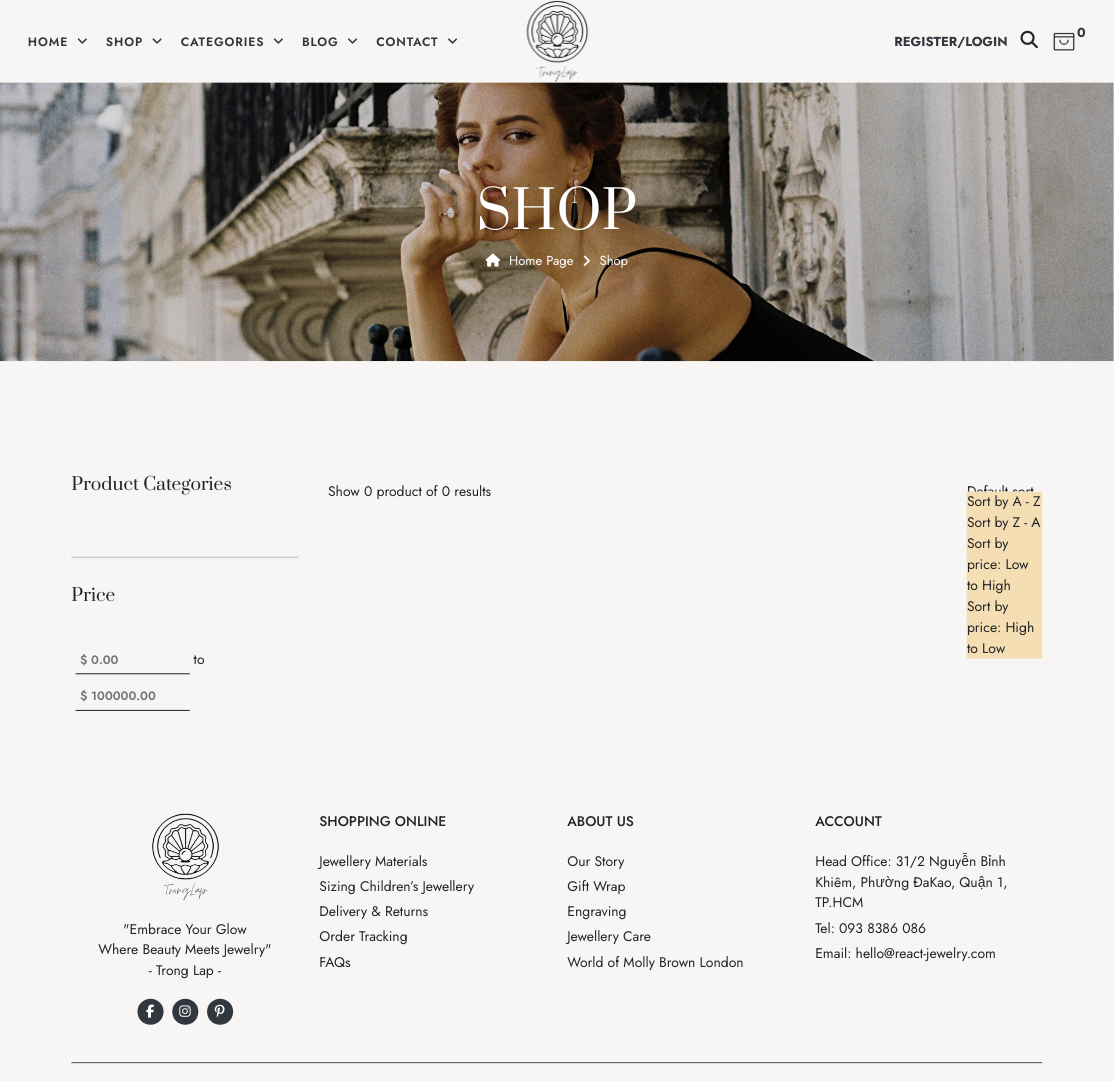
Repository: tronglap/react-jewelry
Page: /list-product
The author's editor kept a copy of each file at every save. The page is drawn from the files as they stood at one save, then again after the next save.
The browser window is 1280 px wide. The pictures show the whole page, at 87% of full size.
The page's requests for data from a server got no answer. The project was rebuilt for these pictures with package versions that can differ from the ones it lists, and the page was loaded fresh each time. No one was signed in, and anything a server would have sent is missing. Also part of the build but not shown: src/component/Button/Button.css, src/component/Button/Button.js, src/component/SliderBar/SliderBar.css, src/component/SliderBar/SliderBar.js, src/component/Home/WWD/WWD.css, src/component/Home/WWD/WWD.js, src/component/Home/Home.css, src/component/Home/Categories/Categories.js and 14 more.

Above is the page before, as saved 2024-03-26 18:41:25.

### src/App.css
@import url('https://fonts.googleapis.com/css2?family=Jost:ital,wght@0,100..900;1,100..900&family=Prata&display=swap');


* {
    margin: 0;
    padding: 0;
    box-sizing: border-box;
}

img {
    width: 100%;
}

a {
    text-decoration: none;
}

ul {
    list-style: none;
    margin: 0;
    padding: 0;
}

body {
    font-family: "Jost", sans-serif;
    --seconddaryfont: "Prata";
    --color-primary: #daa14c;
    --color-secondary: #30373e;
    --color-text: #666;
    --color-accent: #30373e;
    --color-lighter: #888;
    --color-dark: #202020;
    --color-highlight: #ccc;
    --color-border: #e3e3e3;
    --color-background-light: #f8f6f4;
    --color-background-field: #DADADA20;
    background-color: #f8f6f4;
}

### src/component/AutoTop/AutoTop.js
import { useEffect } from "react";
import { useNavigate } from "react-router-dom";

const AutoTop = () => {
  const navigate = useNavigate();
  useEffect(() => {
    window.scrollTo({
      top: 0,
      behavior: "smooth",
    });
  }, [navigate]);
  return null;
};

export default AutoTop;

### src/component/Footer/Footer.css
.footer {
    margin-top: 10%;
    text-align: left;
    height: 40vh;
    border-bottom: 0.1px solid var(--color-secondary);
    margin-bottom: 20px;
}

.footer .logo {
    margin: 0 auto;
    width: 30%;
}

.footer .slogan {
    text-align: center;
    margin: 20px 0;
}

.footer .social-links {
    display: flex;
    gap: 10px;
    margin-top: 10px;
    justify-content: center;
}

.footer .social-links a {
    display: flex;
    align-items: center;
    justify-content: center;
    color: white;
    background-color: var(--color-secondary);
    border-radius: 50%;
    width: 30px;
    height: 30px;
    font-size: 20px;
    text-align: center;
    transition: 0.3s ease;
}

.footer .social-links a:hover {
    background-color: var(--color-primary);
}

::selection {
    color: white;
    background-color: var(--color-primary);
}

.footer ul {
    margin-top: 25px;
}

.footer ul li {
    margin-bottom: 5px;
    cursor: pointer;
    transition: 0.2s linear;
}

.footer ul li:hover {
    color: var(--color-primary)
}

### src/component/ListProduct/ListProduct.css
.ListProduct .box_product {
    margin-top: 10%;
}

.ListProduct .box_product .Product_Categories {
    font-size: 20px;
    font-family: 'Prata', sans-serif;
    font-weight: 400;
    line-height: 1.35;
    text-transform: capitalize;
    margin-bottom: 30px;
    padding-bottom: 10px;
}

.ListProduct .box_product .Categories {
    border-bottom: 1px solid rgba(128, 128, 128, 0.5);
    padding-bottom: 30px;
}

.ListProduct .box_product .Categories .diamonds {
    display: flex;
    width: 35%;
    justify-content: space-between;
    font-size: 18px;
    font-weight: 400;
    font-style: normal;
    text-rendering: optimizeLegibility;
    color: var(--color-text);
    line-height: 1.5;
    letter-spacing: 0;
    cursor: pointer;
    transition: 0.2s ease;
}

.ListProduct .box_product .Categories .diamonds:hover {
    color: var(--color-primary)
}

.ListProduct .box_product .FBP .filterbyprice {
    font-size: 20px;
    font-family: 'Prata', sans-serif;
    font-weight: 400;
    line-height: 1.35;
    text-transform: capitalize;
    margin-bottom: 30px;
    margin-top: 30px;
    padding-bottom: 10px;
}

.ListProduct .box_product .FBP input {
    width: 50%;
    padding: 5px;
    font-size: 14px;
    margin: 5px;
    font-weight: 600;
    text-transform: none;
    border: none;
    border-bottom: 1px solid black;
    outline: none;
    background-color: transparent;
}

input[type=number]::-webkit-inner-spin-button {
    -webkit-appearance: none;
}

.ListProduct .box_product .Cart_list {
    margin-bottom: 20px;
}

.ListProduct .box_product .sorting {
    display: flex;
    justify-content: space-between;
    align-items: center;
}

.ListProduct .box_product .sorting .Count_AP {
    display: flex;
    margin-bottom: 20px;
    padding: 10px;
}

.ListProduct .box_product .sort {
    display: flex;
    margin-bottom: 20px;
    padding: 10px;
    position: relative;
}

.ListProduct .box_product .sort .sorts {
    background-color: wheat;
    top: 50%;
    position: absolute;
}

### src/component/Cart/Cart.css
.Cart .link_header {
    display: flex;
    justify-content: flex-start;
    align-items: center;
}

.Cart .link_header .Home,
.Cart .link_header .Shop {
    line-height: 24px;
    text-decoration: none;
    color: var(--color-text);
    font-weight: 400;
    font-size: 14px;
    transition: 0.2s ease;
}

.Cart .link_header .Shop {
    color: var(--color-primary)
}

.Cart .link_header .Home:hover,
.Cart .link_header .Home:hover i {
    color: var(--color-primary)
}

.Cart .link_header .Home i,
.Cart .link_header .icon i {
    margin-right: 10px;
    color: var(--color-text);
    transition: 0.2s ease;
    font-size: 13px;
}

.Cart .link_header .icon {
    display: flex;
    align-items: center;
    justify-content: center;
    margin: 0 10px;
}

.Cart .cart-product {
    display: none;
    margin-top: 10%;
    text-align: center;
}

.Cart .cart-product.active {
    display: block;
}

.Cart .noti.active {
    display: none;
}

.Cart .cart-product .title {
    color: var(--color-secondary);
    font-weight: 600;
    text-transform: uppercase;
}

.Cart .cart-product .quantity {
    display: flex;
    align-items: center;
    justify-content: space-between;
    border: 1px solid #e3e3e3;

}

.Cart .cart-product .quantity input {
    padding: 13px 0;
    font-size: 14px;
    font-weight: 600;
    text-align: center;
    margin: 0 auto;
    outline: none;
    background-color: transparent;
    border: none;
    width: 50%;
}

.Cart .cart-product .quantity button {
    padding: 5px 10px 5px 10px;
    border: none;
    background-color: transparent;
    transition: 0.5s linear;
    border-radius: 50%;
    outline: none;
}

.Cart .cart-product .quantity button:active {
    background-color: rgba(128, 128, 128, 0.5)
}

p {
    margin: 0;
}

.Cart .cart-product .bill {
    text-align: left;
    padding: 30px 30px 40px;
    position: relative;
    background-color: #F8F6F4;
    border: 6px solid #E3E3E3;
    border-radius: 5px;
    color: var(--color-secondary)
}

.Cart .cart-product .bill .cart-total h2 {
    font-size: 28px;
    font-family: 'Prata', sans-serif;
    margin-bottom: 15px;
    font-weight: 400;
}

.Cart .cart-product .bill .total-product,
.Cart .cart-product .bill .total {
    display: flex;
    justify-content: space-between;
    align-items: center;
    font-size: 18px;
    padding: 1em 0;
}

.Cart .cart-product .bill .total {
    margin: 10% 0
}

.Cart .cart-product .bill .total .price {
    font-size: 24px;
    color: var(--color-primary);
    font-weight: 600;
}

.Cart .cart-product .bill .proceed-to-checkout {
    outline: none;
    text-align: center;
}

.Cart .cart-product .bill .proceed-to-checkout .btn-proceed .shop-now {
    margin: 0;
    text-transform: uppercase;
    width: 100%;
    font-weight: 600;
    font-size: 13px;
}

.Cart .cart-product .bill .proceed-to-checkout .btn-proceed .shop-now:hover {
    box-shadow: inset 350px 0 0 0 var(--color-primary);
}

### src/component/Home/Categories/Categories.css
img {
    width: 100%;
}

.icon_cate {
    display: flex;
    gap: 20px;
    margin: 10% 0;
    justify-content: center;
    align-items: center;
}

.icon_cate .icon1,
.icon_cate .icon2,
.icon_cate .icon3 {
    text-align: center;
}

.icon_cate .icon1 .img_icon,
.icon_cate .icon2 .img_icon,
.icon_cate .icon3 .img_icon {
    display: flex;
    justify-content: center;
    margin-bottom: 15px;
}

.icon_cate .icon1 .img_icon .thumb,
.icon_cate .icon2 .img_icon .thumb,
.icon_cate .icon3 .img_icon .thumb {
    width: 25%;
    border-radius: 50%;
    padding: 20px;
    transition: 0.2s ease;
}

.icon_cate .icon1:hover .img_icon .thumb,
.icon_cate .icon2:hover .img_icon .thumb,
.icon_cate .icon3:hover .img_icon .thumb {
    background: var(--color-primary)
}

.icon_cate .icon1 .title,
.icon_cate .icon2 .title,
.icon_cate .icon3 .title {
    font-size: 24px;
    font-family: 'Prata', sans-serif;
    letter-spacing: .3px;
    color: var(--color-secondary);
    margin-bottom: 15px;
    transition: 0.2s ease;
}

.icon_cate .icon1:hover .title,
.icon_cate .icon2:hover .title,
.icon_cate .icon3:hover .title {
    color: var(--color-primary)
}

.icon_cate .icon1 .desc,
.icon_cate .icon2 .desc,
.icon_cate .icon3 .desc {
    width: 60%;
    margin: 0 auto;
}

.cate {
    overflow: hidden;
}

.cate .right .diamond {
    overflow: hidden;
}

.cate .right {
    display: flex;
    flex-wrap: wrap;
    gap: 5%;
}

.cate .necklaces,
.cate .right .diamond,
.cate .right .earrings,
.cate .right .rings {
    position: relative;
    transition: 0.5s ease;
}

.cate .necklaces::after,
.cate .right .diamond::after,
.cate .right .earrings::after,
.cate .right .rings::after {
    content: "";
    display: block;
    opacity: 0;
    width: 100%;
    height: 200px;
    background: linear-gradient(to top, rgba(0, 0, 0, 0.3), rgba(0, 0, 0, 0));
    bottom: -100px;
    position: absolute;
    transition: 0.5s ease;
    z-index: 0;
}

.cate .necklaces:hover::after,
.cate .right .diamond:hover::after,
.cate .right .earrings:hover::after,
.cate .right .rings:hover::after {
    opacity: 1;
    bottom: 0;
}

.cate .necklaces::before,
.cate .right .diamond::before,
.cate .right .earrings::before,
.cate .right .rings::before {
    content: "";
    opacity: 0;
    width: 100%;
    height: 50px;
    font-family: 'Prata', sans-serif;
    font-size: 35px;
    color: white;
    text-align: center;
    bottom: -50px;
    position: absolute;
    transition: 0.5s ease;
    z-index: 1;
}

.cate .necklaces:hover::before {
    content: "Necklaces";
    opacity: 1;
    bottom: 20px;
}

.cate .right .diamond:hover::before {
    content: "Diamond";
    opacity: 1;
    bottom: 20px;
}

.cate .right .earrings:hover::before {
    content: "Earrings";
    opacity: 1;
    bottom: 20px;
}

.cate .right .rings:hover::before {
    content: "Rings";
    opacity: 1;
    bottom: 20px;
}

### src/component/Header/Header.css
.nav {
    display: flex;
    justify-content: space-between;
    padding: 10px 50px;
    position: absolute;
    background-color: rgba(255, 255, 255, 0);
    color: var(--color-secondary);
    z-index: 1;
    width: 100%;
}

svg {
    margin-top: 0px;
}

path {
    fill: black;
    stroke: black;
    stroke-width: 2px;
    transition: 0.2s linear;
}



.nav .left,
.nav .mid,
.nav .right {
    display: flex;
    align-items: center;
    justify-content: center;
    width: 10%;
}

.nav .right .register a {
    color: var(--color-secondary);
    text-transform: uppercase;
    font-weight: bold;
    font-size: 15px;
    transition: 0.2s linear;
}

.nav .right .register a:hover {
    color: var(--color-primary)
}

.nav .right .cart {
    display: flex;
    justify-content: center;
    align-items: center;
    margin-left: 15px;
    cursor: pointer;
}


.nav .right .cart:hover svg path {
    fill: var(--color-primary);
    stroke: var(--color-primary);
    stroke-width: 2px;
}

.nav .right .cart:hover .count {
    color: var(--color-primary)
}

.nav .right .cart .count {
    font-weight: bold;
    font-size: 15px;
    margin-bottom: 20px;
    transition: 0.2s linear;
    color: var(--color-secondary)
}


.nav .left .bar {
    display: flex;
    justify-content: center;
    align-items: center;
    cursor: pointer;
    position: relative;
    color: transparent;
}

.nav .left .bar .line1 {
    display: block;
    width: 20px;
    height: 2px;
    background-color: var(--color-secondary);
    top: 5px;
    left: 0;
    position: absolute;
    border-radius: 5px;
    transition: 0.1s linear;
}

.nav .left .bar .line2 {
    display: block;
    width: 15px;
    height: 2.5px;
    background-color: var(--color-secondary);
    top: 10px;
    left: 0;
    position: absolute;
    transition: 0.1s linear;
    border-radius: 5px;
}

.nav .left .bar .line3 {
    display: block;
    width: 20px;
    height: 2.5px;
    background-color: var(--color-secondary);
    top: 15px;
    left: 0;
    position: absolute;
    border-radius: 5px;
    transition: 0.1s linear;
}

.nav .left .bar:hover .line1,
.nav .left .bar:hover .line2,
.nav .left .bar:hover .line3 {
    background-color: var(--color-primary)
}

.nav .left .bar:hover .line2 {
    width: 20px;
}

.nav .left .search {
    display: flex;
    justify-content: center;
    align-items: center;
    cursor: pointer;
    transition: 0.2s ease;
}

.nav .left .search:hover {
    color: var(--color-primary)
}

.nav .left .search p {
    text-transform: uppercase;
    font-size: 10px;
    font-weight: bold;
    margin: 0;
}

.nav .left .search i {
    margin-right: 5px;
    font-size: 20px;
}

.nav .mid .logo {
    width: 30%;
}

/*------------------------------------*/

/*  {
    display: none;
    top: 0;
    left: 0;
    width: 100%;
    background-color: rgba(0, 0, 0, 0.5);
    position: absolute;
}

.active {
    display: block;
} */

.NavBar {
    opacity: 0;
    pointer-events: none;
    top: 0;
    left: -200px;
    width: 30%;
    height: 100vh;
    padding: 20px;
    transition: 0.3s linear;
    background-color: white;
    position: absolute;

}

.NavBar.active {
    pointer-events: visible;
    opacity: 1;
    left: 0;
}

.NavBar .icon_close {
    margin-bottom: 5%;
    cursor: pointer;
    position: relative;
}


.NavBar .icon_close .icon .line1 {
    width: 20px;
    height: 2px;
    top: 10px;
    right: 0;
    border-radius: 5px;
    background-color: black;
    transition: 0.3s ease;
    transform: rotate(45deg);
    position: absolute;
}

.NavBar .icon_close .icon .line2 {
    width: 20px;
    height: 2px;
    top: 10px;
    right: 0;
    border-radius: 5px;
    background-color: black;
    transition: 0.3s ease;
    transform: rotate(-45deg);
    position: absolute;
}

.NavBar .icon_close .icon:hover .line1,
.NavBar .icon_close .icon:hover .line2 {
    transform: rotate(0);
    height: 3.5px;
    background-color: var(--color-primary)
}

.NavBar .icon_close .Menu {
    color: var(--color-secondary);
    text-transform: uppercase;
    text-align: left;
    font-size: 14px;
    font-weight: 500;
    line-height: 20px;
    position: relative;
}

.NavBar .icon_close .Menu::after {
    content: "";
    display: block;
    margin-top: 20%;
    width: 100%;
    height: 2px;
    background-color: var(--color-primary);
    position: absolute;
}

.NavBar .Home,
.NavBar .Shop,
.NavBar .Categories,
.NavBar .Blog,
.NavBar .Contact {
    display: flex;
    justify-content: space-between;
    align-items: center;
    font-weight: 400;
    font-size: 14px;
    color: var(--color-secondary);
    padding: 15px 0px;
    transition: 0.1s linear;
    cursor: pointer;
}

.NavBar .Home i,
.NavBar .Shop i,
.NavBar .Categories i,
.NavBar .Blog i,
.NavBar .Contact i {
    font-size: 15px;
    transition: 0.3s ease;
}

.NavBar .Home:hover,
.NavBar .Shop:hover,
.NavBar .Categories:hover,
.NavBar .Blog:hover,
.NavBar .Contact:hover {
    color: var(--color-primary)
}

.NavBar .Home.active i,
.NavBar .Shop.acive i,
.NavBar .Categories.active i,
.NavBar .Blog.active i,
.NavBar .Contact.active i {
    transform: rotate(90deg);
}

### src/component/Header/HeaderMain/Header.css
svg {
    margin-top: 0px;
}

path {
    fill: black;
    stroke: black;
    stroke-width: 2px;
    transition: 0.2s linear;
}

.HeaderMain {
    display: flex;
    justify-content: space-between;
    align-items: center;
    padding: 0 20px;
}

.HeaderMain .left {
    display: flex;
    gap: 20px;
    width: 40%;
}

.HeaderMain .left .Home,
.HeaderMain .left .Shop,
.HeaderMain .left .Categories,
.HeaderMain .left .Blog,
.HeaderMain .left .Contact {
    display: flex;
    justify-content: space-between;
    align-items: center;
    text-transform: uppercase;
    line-height: 1.2857142857;
    font-weight: 600;
    font-size: 14px;
    color: var(--color-secondary);
    letter-spacing: 1px;
    transition: 0.2s ease;
}

.HeaderMain .left .Home:hover,
.HeaderMain .left .Shop:hover,
.HeaderMain .left .Categories:hover,
.HeaderMain .left .Blog:hover,
.HeaderMain .left .Contact:hover {
    color: var(--color-primary);
}


.HeaderMain .left .Home i,
.HeaderMain .left .Shop i,
.HeaderMain .left .Categories i,
.HeaderMain .left .Blog i,
.HeaderMain .left .Contact i {
    margin-left: 10px;
}

.HeaderMain .mid {
    display: flex;
    justify-content: center;
    width: 20%;
}

.HeaderMain .mid .thumb {
    width: 30%;
}

.HeaderMain .right {
    display: flex;
    align-items: center;
    justify-content: right;
    width: 40%;
}

.HeaderMain .right .register a {
    color: var(--color-secondary);
    text-transform: uppercase;
    font-weight: bold;
    font-size: 15px;
    transition: 0.2s linear;
}

.HeaderMain .right .register a:hover {
    color: var(--color-primary)
}

.HeaderMain .right .search {
    transition: 0.2s ease;
}

.HeaderMain .right .search i {
    font-size: 20px;
    margin-left: 15px;
}

.HeaderMain .right .search:hover {
    color: var(--color-primary)
}

.HeaderMain .right .cart {
    display: flex;
    justify-content: center;
    align-items: center;
    margin-left: 15px;
    cursor: pointer;
}


.HeaderMain .right .cart:hover svg path {
    fill: var(--color-primary);
    stroke: var(--color-primary);
    stroke-width: 2px;
}

.HeaderMain .right .cart:hover .count {
    color: var(--color-primary)
}

.HeaderMain .right .cart .count {
    font-weight: bold;
    font-size: 15px;
    margin-bottom: 20px;
    transition: 0.2s linear;
    color: var(--color-secondary)
}

### src/component/ListProduct/Banner/Banner.css
.Banner {
    position: relative;
}

.Banner::after {
    content: "";
    display: block;
    width: 100%;
    height: 100%;
    background-color: rgba(0, 0, 0, 0.5);
}

.Banner .content {
    text-align: center;
    width: 100%;
    top: 50%;
    transform: translateY(-50%);
    position: absolute;
    z-index: 999;

}

.Banner .content .title {
    font-size: 60px;
    font-family: 'Prata', sans-serif;
    color: white;
}

.Banner .content .link_header {
    display: flex;
    justify-content: center;
    align-items: center;
}

.Banner .content .link_header .Home,
.Banner .content .link_header .Shop {
    text-decoration: none;
    color: white;
    font-weight: 400;
    font-size: 15px;
    transition: 0.2s ease;
}

.Banner .content .link_header .Home:hover,
.Banner .content .link_header .Home:hover i {
    color: var(--color-primary)
}

.Banner .content .link_header .Home i,
.Banner .content .link_header .icon {
    margin-right: 10px;
    color: white;
    transition: 0.2s ease
}

.Banner .content .link_header .icon {
    display: flex;
    align-items: center;
    justify-content: center;
    margin: 0 10px;
}

### src/component/CardProduct/CartProduct.css
img {
    width: 100%;
}

.Card_item {
    margin: 0 5px;
    text-align: center;
    position: relative;
    width: 100%;
    text-align: center;
    overflow: hidden;
}

.Card_item .thumb {
    display: block;
    position: relative;
    transition: 0.5s linear;
    overflow: hidden;
    width: 290px;
}

.Card_item .thumb:hover {
    border-radius: 49% 49% 0 0;
}

.Card_item .thumb img {
    transition: 0.5s ease;
    position: relative;
}

.Card_item .thumb img:first-child {
    opacity: 1;
    transition: 0.3s linear;

}

.Card_item .thumb:hover img:first-child {
    opacity: 0;
}

.Card_item .thumb img:last-child {
    opacity: 0;
    position: absolute;
    top: 0;
    left: 0;
    transition: 0.3s linear;
}

.Card_item .thumb:hover img:last-child {
    opacity: 1;
    display: block;
    transform: scale(1.2);
}

.Card_item .sale {
    display: none;
    width: 50px;
    height: 20px;
    color: white;
    padding: 2.5px 10px;
    font-weight: bold;
    font-size: 10px;
    top: 10px;
    left: 10px;
    background-color: var(--color-primary);
    position: absolute;
    transition: 0.2s linear;
    z-index: 999;
}

.Card_item .sale.active {
    display: block;
}

.Card_item:hover .sale.active {
    display: none;
}

.Card_item .info {
    margin-top: 10px;
}

.Card_item .info .cate {
    color: var(--color-primary);
    text-transform: uppercase;
    font-size: 12px;
    font-weight: 500;
    line-height: 1.35;
}

.Card_item .info .name {
    font-size: 20px;
    color: var(--color-secondary);
    text-transform: capitalize;
    transition: 0.2s ease;
}

.Card_item .info .name:hover {
    color: var(--color-primary)
}

.Card_item .info .material {
    color: var(--color-text);
    text-transform: capitalize;
    font-size: 14px
}

.Card_item .info .price .discount {
    font-weight: 700;
    color: var(--color-secondary)
}

.Card_item .info .price .cost {
    color: var(--color-secondary);
    font-weight: 500;
    text-decoration: line-through;
    font-size: 14px;
}

.Card_item .info .price .discount.active {
    display: none;
}

.Card_item .info .price .cost.active {
    font-weight: 700;
    color: var(--color-secondary);
    text-decoration: none;
    font-size: 16px;
}

### src/component/CardNews/CardNews.css
img {
    width: 100%;
}

.Card_news {
    width: 90%;
    margin: 0 auto;
    cursor: pointer;
}

.Card_news .thumb {
    margin-bottom: 3%;
    overflow: hidden;
}

.Card_news .thumb img {
    transition: 0.3s linear;
}

.Card_news .thumb:hover img {
    transform: scale(1.1);
}

.Card_news .infor {
    text-align: center;
}

.Card_news .infor .date p {
    font-size: 14px;
    text-transform: capitalize;
    color: var(--color-lighter);
    transition: 0.5s ease
}

.Card_news .infor .date p:hover {
    color: var(--color-primary)
}

.Card_news .infor .title h4 {
    display: -webkit-box;
    -webkit-box-orient: vertical;
    -webkit-line-clamp: 1;
    overflow: hidden;
    transition: 0.3s ease;
}

.Card_news .infor .title h4:hover {
    color: var(--color-primary)
}

.Card_news .infor .content p {
    display: -webkit-box;
    -webkit-box-orient: vertical;
    -webkit-line-clamp: 3;
    overflow: hidden;
    color: var(--color-text)
}

.Card_news .infor .view {
    color: var(--color-dark);
    font-weight: bold;
    font-size: 13px;
    font-weight: 600;
    line-height: 1.3;
    text-transform: uppercase;
    transition: 0.3s linear;
    margin-top: 12%;
}

.Card_news .infor .view:hover {
    color: var(--color-primary)
}

@keyframes zoom_news {
    0% {
        transform: scale(1);
    }

    100% {
        transform: scale(1.1);
    }
}

Loaded but not shown: public/index.html (common file); src/index.js (common file); src/index.css (common file); src/reportWebVitals.js (common file); src/component/ListProduct/ListProduct.js (165 lines, source omitted); src/component/Header/HeaderMain/Header.js (74 lines, source omitted); src/component/Footer/Footer.js (69 lines, source omitted); src/App.js (36 lines, source omitted); src/UseContext.js (36 lines, source omitted); src/component/ListProduct/Banner/Banner.js (31 lines, source omitted); src/UseFetch.js (26 lines, source omitted)

After the next save:
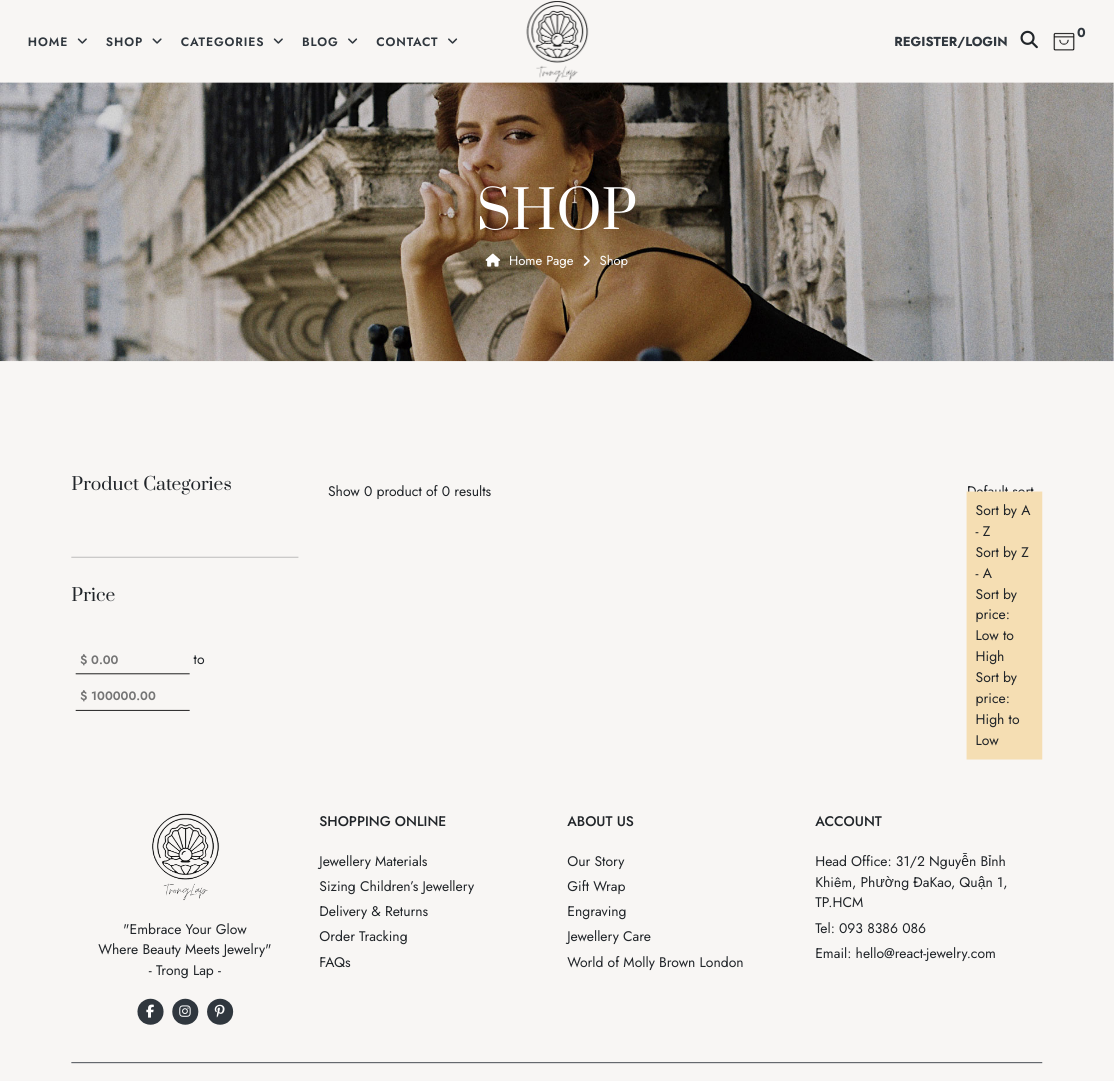
Saved 9 s later.
--- a/src/component/ListProduct/ListProduct.css
+++ b/src/component/ListProduct/ListProduct.css
@@ -89,6 +89,7 @@ input[type=number]::-webkit-inner-spin-button {
 
 .ListProduct .box_product .sort .sorts {
     background-color: wheat;
+    padding: 10px 10px;
     top: 50%;
     position: absolute;
 }
